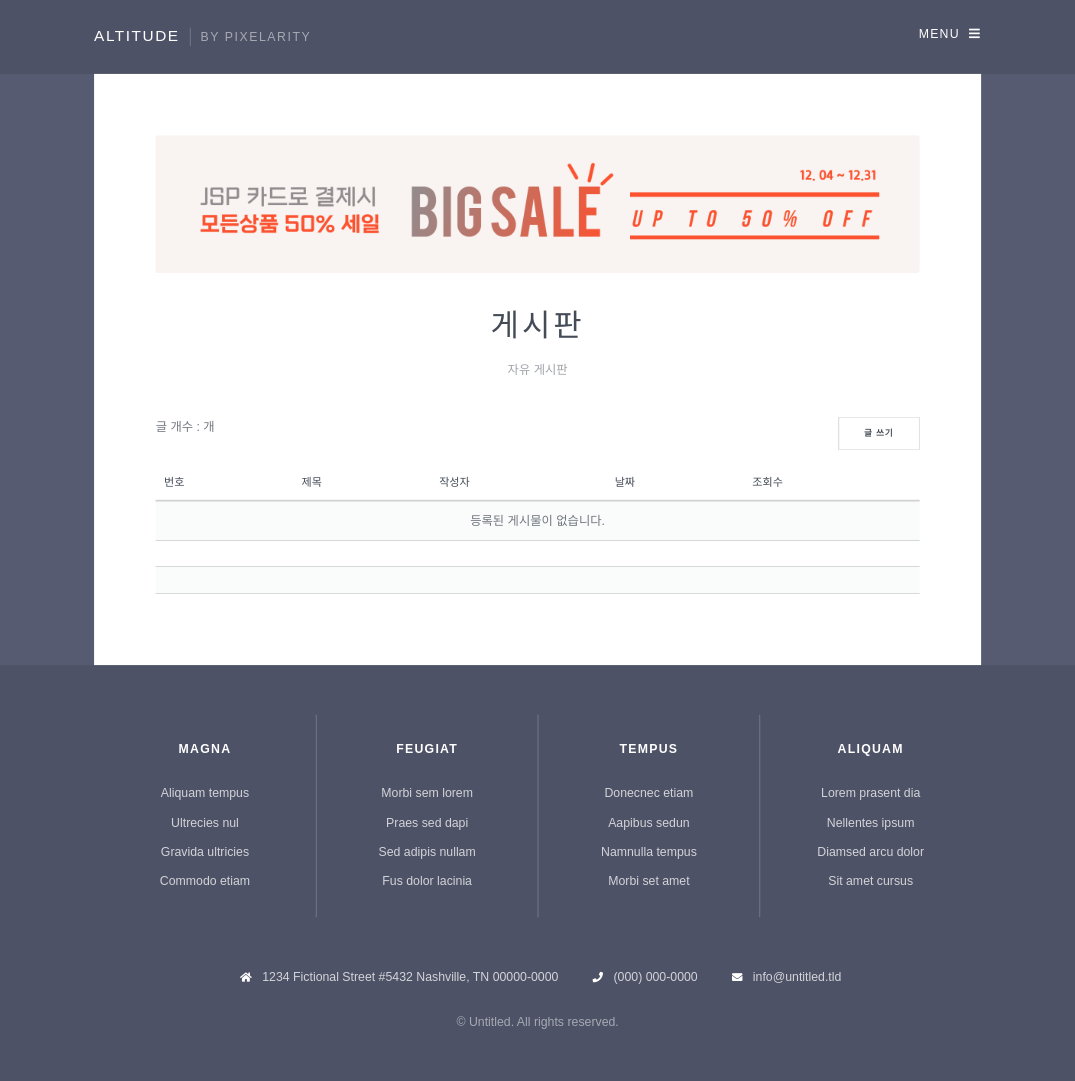
Repository: kkkukkk/Study-JSP
Page: http://localhost/boardMVC/app/board/boardList.jsp
The author's editor kept a copy of each file at every save. The page is drawn from the files as they stood at one save, then again after the next save.
The browser window is 1280 px wide. The pictures show the whole page, at 84% of full size.
Some web fonts or font styles are not loaded; a fallback is used. The page is served by Tomcat 9. Other server files are loaded and not shown.

Above is the page before, as saved 2022-02-23 06:39:38.

### workspace/boardMVC/WebContent/app/board/boardList.jsp
<%@ page language="java" contentType="text/html; charset=UTF-8"
    pageEncoding="UTF-8"%>
<%@ taglib uri="http://java.sun.com/jsp/jstl/core" prefix="c" %>
<%@ taglib uri="http://java.sun.com/jsp/jstl/functions" prefix="fn" %>
<!DOCTYPE HTML>
<!--
	Altitude by Pixelarity
	pixelarity.com | hello@pixelarity.com
	License: pixelarity.com/license
-->
<html>
	<head>
		<title>게시글 목록</title>
		<meta charset="utf-8" />
		<meta name="viewport" content="width=device-width, initial-scale=1, user-scalable=no" />
		<link rel="stylesheet" href="${pageContext.request.contextPath}/assets/css/main.css" />
		<style>
			table tbody tr{
				background-color:rgb(245 246 246 / 48%) !important;
			}
		</style>
	</head>
	<body class="is-preload">

		<c:set var="boardList" value="${boardList}"/>
		<c:set var="page" value="${page}"/>
		<c:set var="startPage" value="${startPage}"/>
		<c:set var="endPage" value="${endPage}"/>
		<c:set var="realEndPage" value="${realEndPage}"/>
		<c:set var="total" value="${total}"/>

		<!-- Page Wrapper -->
			<div id="page-wrapper">

				<!-- Wrapper -->
					<div class="wrapper">
						<div class="inner">
							<jsp:include page="/app/fix/header.jsp"/>
						</div>
					</div>

				<!-- Wrapper -->
					<div class="wrapper">
						<div class="inner">

							<!-- Main -->
								<section class="main">
									<a href="#" class="image main"><img src="${pageContext.request.contextPath}/images/boardMain.png" alt="" /></a>
									<header class="major">
										<h1>게시판</h1>
										<p>자유 게시판</p>
									</header>

									<div class="table-wrapper">
										<div style="display:flex; justify-content:space-between;">
											<span>글 개수 : ${total}개</span>
											<button style="border-radius:0;">글 쓰기</button>
										</div>
										<table>
											<caption style="text-align:left; margin-bottom:3%;">

											</caption>
											<thead>
												<tr>
													<th>번호</th>
													<th>제목</th>
													<th>작성자</th>
													<th>날짜</th>
													<th>조회수</th>
												</tr>
											</thead>
											<tbody>
												<c:choose>
													<c:when test="${boardList != null and fn:length(boardList) > 0}">
														<c:forEach var="board" items="${boardList}">
															<tr>
																<td>${board.getBoardNumber()}</td>
																<td>
																	<a href="#">${board.getBoardTitle()}</a>
																</td>
																<td>${board.getMemberId()}</td>
																<td>${board.getBoardDate()}</td>
																<td>${board.getReadCount()}</td>
															</tr>
														</c:forEach>
													</c:when>
													<c:otherwise>
														<tr>
															<td colspan="5" align="center">등록된 게시물이 없습니다.</td>
														</tr>
													</c:otherwise>
												</c:choose>
											</tbody>
										</table>

										<!-- 페이징 처리 -->
										<table style="font-size:1.3rem">
											<tr align="center" valign="middle">
												<td>
													<c:forEach var="i" begin="${startPage}" end="${endPage}">

													</c:forEach>
												</td>
											</tr>
										</table>
									</div>
								</section>
						</div>
					</div>

				<!-- Wrapper -->
					<div class="wrapper">
						<div class="inner">

							<!-- Footer -->
								<footer id="footer">
									<section class="links">
										<div>
											<h3>Magna</h3>
											<ul class="plain">
												<li><a href="#">Aliquam tempus</a></li>
												<li><a href="#">Ultrecies nul</a></li>
												<li><a href="#">Gravida ultricies</a></li>
												<li><a href="#">Commodo etiam</a></li>
											</ul>
										</div>
										<div>
											<h3>Feugiat</h3>
											<ul class="plain">
												<li><a href="#">Morbi sem lorem</a></li>
												<li><a href="#">Praes sed dapi</a></li>
												<li><a href="#">Sed adipis nullam</a></li>
												<li><a href="#">Fus dolor lacinia</a></li>
											</ul>
										</div>
										<div>
											<h3>Tempus</h3>
											<ul class="plain">
												<li><a href="#">Donecnec etiam</a></li>
												<li><a href="#">Aapibus sedun</a></li>
												<li><a href="#">Namnulla tempus</a></li>
												<li><a href="#">Morbi set amet</a></li>
											</ul>
										</div>
										<div>
											<h3>Aliquam</h3>
											<ul class="plain">
												<li><a href="#">Lorem prasent dia</a></li>
												<li><a href="#">Nellentes ipsum</a></li>
												<li><a href="#">Diamsed arcu dolor</a></li>
												<li><a href="#">Sit amet cursus</a></li>
											</ul>
										</div>
									</section>
									<ul class="contact-icons">
										<li class="icon solid fa-home">1234 Fictional Street #5432 Nashville, TN 00000-0000</li>
										<li class="icon solid fa-phone"><a href="#">(000) 000-0000</a></li>
										<li class="icon solid fa-envelope"><a href="#">info@untitled.tld</a></li>
									</ul>
									<p class="copyright">&copy; Untitled. All rights reserved.</p>
								</footer>

						</div>
					</div>

			</div>

		<!-- Scripts -->
			<script src="${pageContext.request.contextPath}/assets/js/jquery.min.js"></script>
			<script src="${pageContext.request.contextPath}/assets/js/browser.min.js"></script>
			<script src="${pageContext.request.contextPath}/assets/js/breakpoints.min.js"></script>
			<script src="${pageContext.request.contextPath}/assets/js/util.js"></script>
			<script src="${pageContext.request.contextPath}/assets/js/main.js"></script>

	</body>
</html>

### workspace/boardMVC/WebContent/app/fix/header.jsp
<%@ page language="java" contentType="text/html; charset=UTF-8"
    pageEncoding="UTF-8"%>
<%@ taglib uri="http://java.sun.com/jsp/jstl/core" prefix="c" %>
<header id="header">
	<a href="index.html" class="logo">Altitude <span>by Pixelarity</span></a>
	<nav>
		<ul>
			<li><a href="#menu">Menu</a></li>
		</ul>
	</nav>
</header>

<!-- Nav -->
<nav id="menu">
	<ul class="actions stacked">
		<c:choose>
			<c:when test="${memberNumber eq null}">
				<li><a href="${pageContext.request.contextPath }/member/MemberJoin.me" class="button primary fit">회원가입</a></li>
				<li><a href="${pageContext.request.contextPath }/member/MemberLogin.me" class="button fit">로그인</a></li>
			</c:when>
			<c:otherwise>
				<li><a href="${pageContext.request.contextPath }/member/MemberLogout.me" class="button fit">로그아웃</a></li>
			</c:otherwise>
		</c:choose>
	</ul>
</nav>

Loaded but not shown: workspace/boardMVC/WebContent/assets/js/jquery.min.js (library); workspace/boardMVC/WebContent/assets/js/browser.min.js (common file); workspace/boardMVC/WebContent/assets/js/breakpoints.min.js (common file); workspace/boardMVC/WebContent/assets/css/fontawesome-all.min.css (library); workspace/boardMVC/WebContent/assets/js/util.js (587 lines, source omitted); workspace/boardMVC/WebContent/assets/js/main.js (337 lines, source omitted); workspace/boardMVC/WebContent/assets/css/main.css (5511 lines, source omitted)

After the next save:
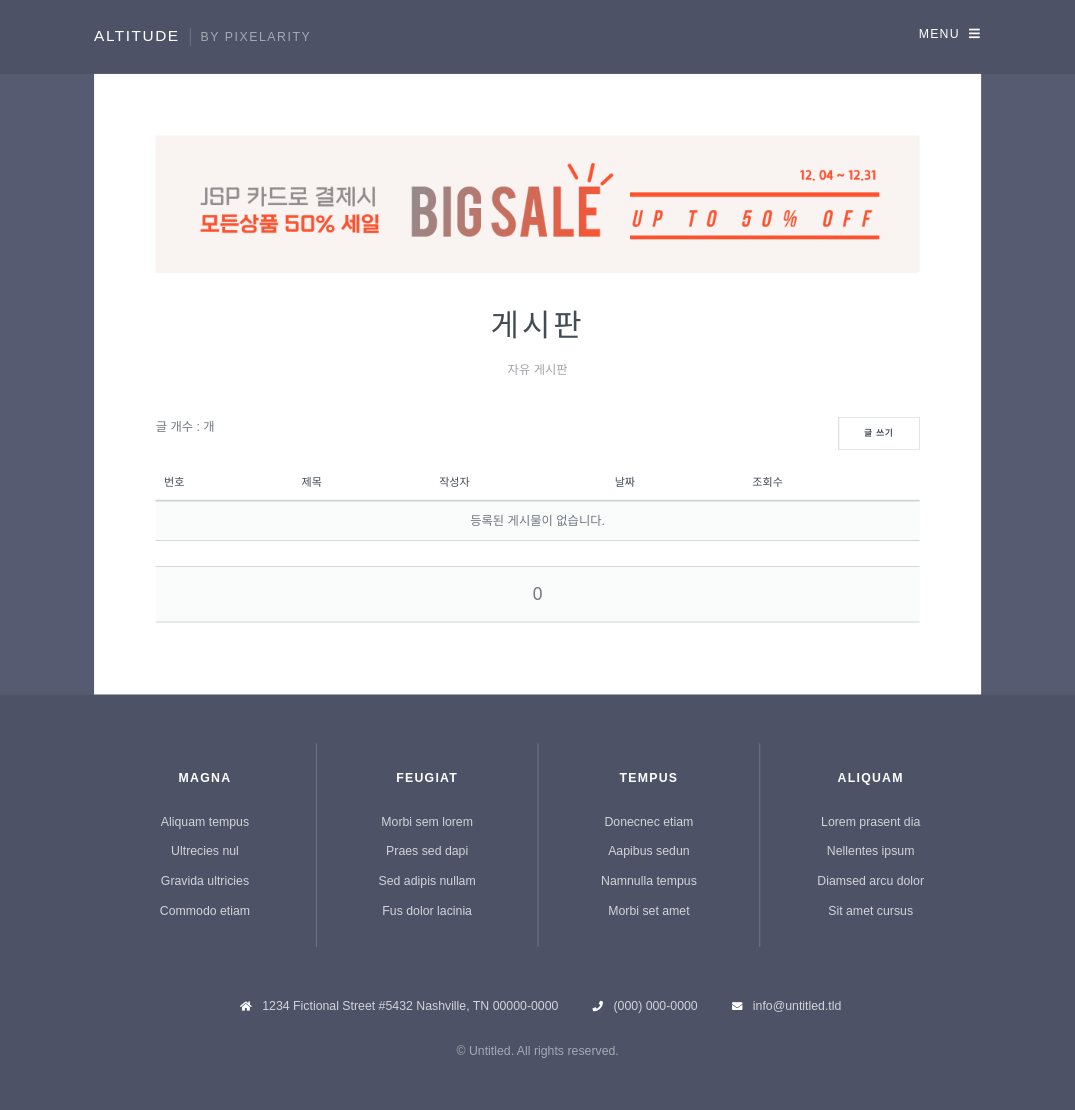
Saved 25 s later.
--- a/workspace/boardMVC/WebContent/app/board/boardList.jsp
+++ b/workspace/boardMVC/WebContent/app/board/boardList.jsp
@@ -98,7 +98,7 @@
 											<tr align="center" valign="middle">
 												<td>
 													<c:forEach var="i" begin="${startPage}" end="${endPage}">
-
+														<c:out value="${i}"/>
 													</c:forEach>
 												</td>
 											</tr>
